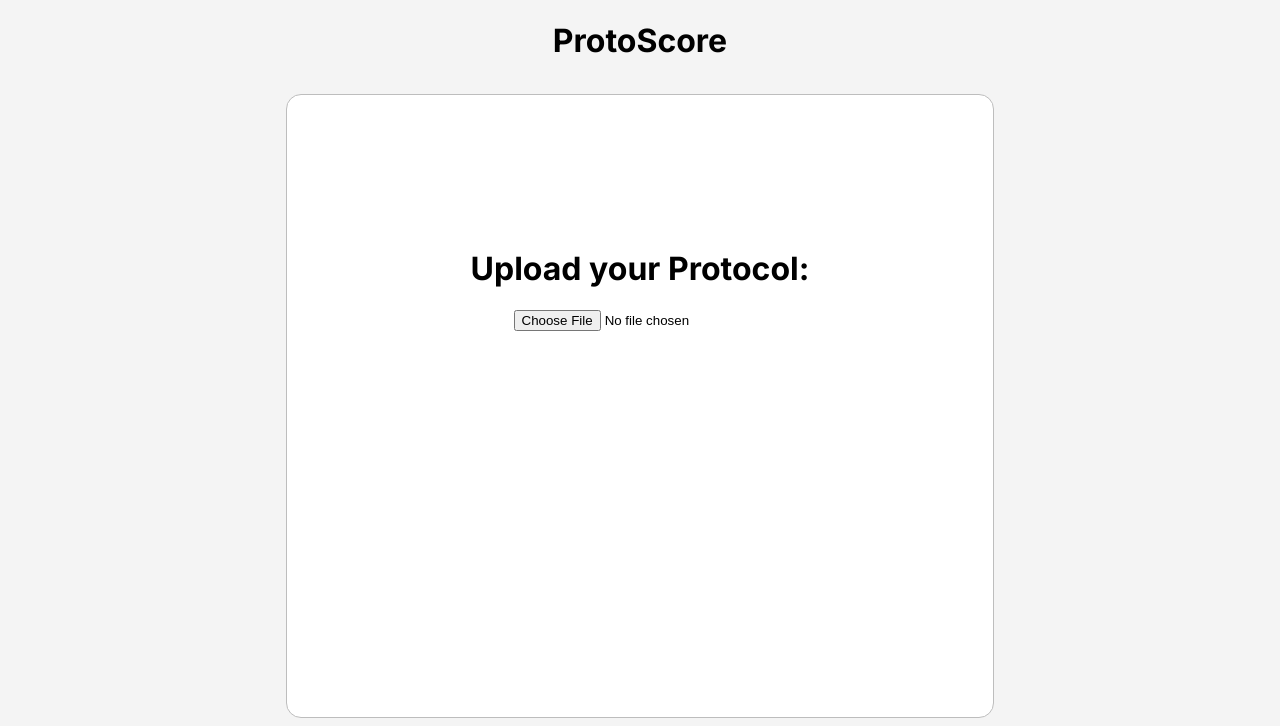
Repository: evanc108/Regeneron2024
Page: / (app in regeneron/)
The author's editor kept a copy of each file at every save. The page is drawn from the files as they stood at one save, then again after the next save.
The browser window is 1280 px wide. The pictures show the whole page.
The project was rebuilt for these pictures with package versions that can differ from the ones it lists, and the page was loaded fresh each time.

Above is the page before, as saved 2024-05-14 01:22:22.

### regeneron/src/App.js
import './App.css';
import React, { useState } from 'react';
import Feedback from './pages/Feedback';

function App() {
  return (
    <div className="App">
      <h1 style={{marginBottom: "-30px"}}>ProtoScore</h1>
      {/* <input value={inputValue} onChange={handleChange}></input>
      <button onClick={sendRequest}>Click me</button>
      <div>
        <p>Physical Burden: {burden.physical}</p>
        <p>Logistical Burden: {burden.logistical}</p>
        <p>Financial: {burden.financial}</p>
        <p>Psychological Burden: {burden.psychological}</p>
      </div> */}
      <Feedback></Feedback>
    </div>
  );
}

export default App;

### regeneron/src/App.css
.App {
  text-align: center;
}

body {
  font-family: 'Inter', sans-serif;
}

.App-logo {
  height: 40vmin;
  pointer-events: none;
}

@media (prefers-reduced-motion: no-preference) {
  .App-logo {
    animation: App-logo-spin infinite 20s linear;
  }
}

.App-header {
  background-color: #282c34;
  min-height: 100vh;
  display: flex;
  flex-direction: column;
  align-items: center;
  justify-content: center;
  font-size: calc(10px + 2vmin);
  color: white;
}

.App-link {
  color: #61dafb;
}

@keyframes App-logo-spin {
  from {
    transform: rotate(0deg);
  }
  to {
    transform: rotate(360deg);
  }
}

### regeneron/src/pages/Feedback.js
import React, { useState } from 'react';
import '../styles/feedback.css';
import { handleExtraction } from '../openAIServices';
import { PropagateLoader } from 'react-spinners';

function Feedback() {
    const [fileUploaded, setFileUploaded] = useState(false);
    const [loading, setLoading] = useState(false);
    const [burden, setBurden] = useState({});
    const [pdfUrl, setPdfUrl] = useState("");

    const handleFileUpload = async (text) => {
        setLoading(true);
        // Uncomment and use when API is connected
        // const response = await handleExtraction(text);
        // setBurden(response);
        setFileUploaded(true);
        setLoading(false);
    };

    function extractText(event) {
        const file = event.target.files[0];
        if (file) {
            const url = URL.createObjectURL(file);
            setPdfUrl(url);
            setFileUploaded(true);

            const reader = new FileReader();
            reader.onload = async (e) => {
                const text = await reader.result;
                console.log(text);
                handleFileUpload(text);
            };
            reader.readAsText(file);
        }
    }

    return (
        <div className="feedback-container">
            <div className="protocol-container">
                {!fileUploaded && !loading && (
                    <div>
                        <h1>Upload your Protocol:</h1>
                        <input
                            type="file"
                            accept=".pdf"
                            onChange={extractText}
                        />
                    </div>
                )}
                {loading && (
                    <div style={{ marginTop: "30px" }}>
                        <h2>Calculating Burden...</h2>
                        <PropagateLoader color="#36d7b7" />
                    </div>
                )}
                {fileUploaded && !loading && (
                    <div className="iframe-container"> {/* Apply the new class here */}
                        <iframe src={pdfUrl} style={{ width: '100%', height: '100%' }}></iframe>
                    </div>
                )}
            </div>
            {fileUploaded && !loading && (
                <div className="score-container">
                    <div>
                        <p style={{ fontSize: '17px', fontWeight: '300', marginBottom: '-3px' }}>Burden Score</p>
                        <span style={{ fontSize: '50px', fontWeight: '600' }}>{burden.score || 'N/A'}</span>
                    </div>
                </div>
            )}
        </div>
    );
}

export default Feedback;

### regeneron/src/styles/feedback.css
body {
    background-color: #f4f4f4;
}

.feedback-container {
    display: flex;
    flex-direction: row;
    justify-content: center;
}

.protocol-container {
    border-color: rgb(189, 189, 189);
    border-width: 1px;
    border-style: solid;
    padding-left: 100px;
    padding-right: 100px;
    width: 40%;
    height: 68vh;
    margin-top: 5%;
    border-radius: 15px;
    background-color: white;
    overflow: hidden;
    padding-top: 10.5%;
}

.score-container {
    border-color: rgb(189, 189, 189);
    border-width: 1px;
    border-style: solid;
    padding: 100px;
    width: 10%;
    height: 65.3vh;
    margin-top: 5%;
    border-radius: 15px;
    background-color: white;
    margin-left: 30px;
}

.score {
    font-size: large;
}

.unique-score {
    font-size: 86px;
    font-weight: 500;
}


.iframe-container {
    top: -28%;
    width: 130%;
    left: -15%;
    height: 150%;  /* Adjust height as needed */
    overflow: hidden;
    position: relative;
}

Loaded but not shown: regeneron/public/index.html (common file); regeneron/src/index.js (common file); regeneron/src/openAIServices.js (no copy from this time; the picture is the same without it)

After the next save:
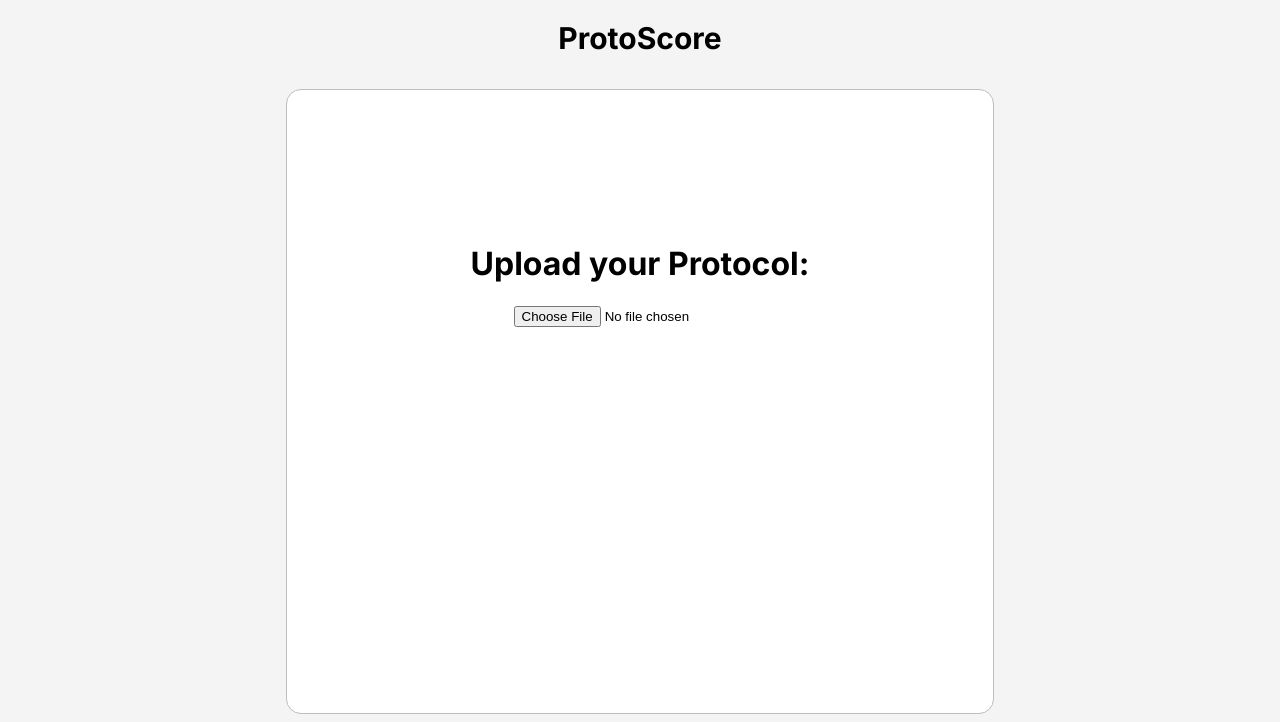
Saved 28 s later.
--- a/regeneron/src/App.js
+++ b/regeneron/src/App.js
@@ -5,7 +5,7 @@ import Feedback from './pages/Feedback';
 function App() {
   return (
     <div className="App">
-      <h1 style={{marginBottom: "-30px"}}>ProtoScore</h1>
+      <h1 style={{marginBottom: "-30px", fontSize: "30px"}}>ProtoScore</h1>
       {/* <input value={inputValue} onChange={handleChange}></input>
       <button onClick={sendRequest}>Click me</button>
       <div>
